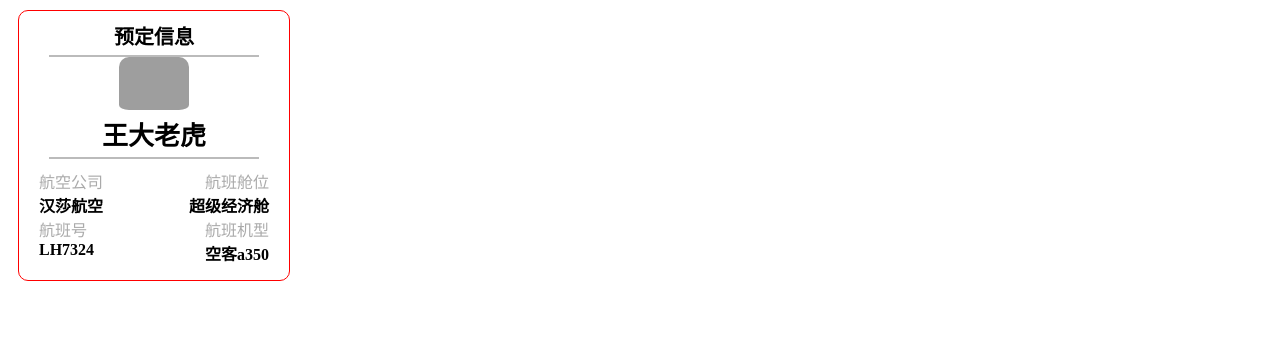
Repository: xzm1997/react-learning
Page: /
An editor plug-in stored every save of this project. The page is shown before and after the next save, followed by the edit.
The browser window is 1280 px wide. The pictures show the whole page.
Pictures or frames that could not be fetched are drawn as grey boxes. The project was rebuilt for these pictures with package versions that can differ from the ones it lists, and the page was loaded fresh each time.

Above is the page before, as saved 2023-01-31 10:50:13.

After the next save:
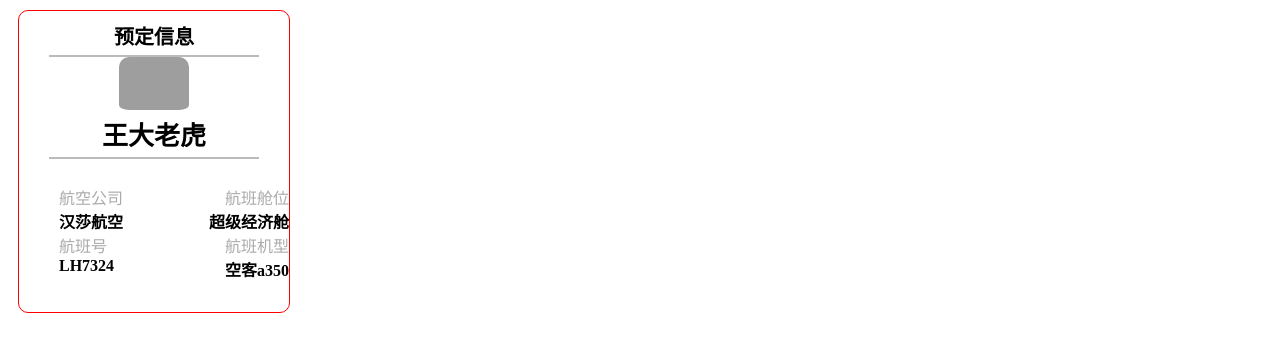
Saved 39 s later.
--- a/src/index.js
+++ b/src/index.js
@@ -29,7 +29,7 @@
     <div className='contentDisplay'>
       <div className='totalTitle'>预定信息</div>
       <UserInfo userName={props.userName} />
-      <div className='infoDisplay'>
+      <ul className='infoDisplay'>
         <div className='infoItem leftSide'>
           <InfoShow title='航空公司' content={props.ticketInfo.airline}/>
           <InfoShow title='航班号' content={props.ticketInfo.flightNum}/>
@@ -38,7 +38,7 @@
           <InfoShow title='航班舱位' content={props.ticketInfo.level}/>
           <InfoShow title='航班机型' content={props.ticketInfo.plane}/>
         </div>
-      </div>
+      </ul>
     </div>
     )
 }

After the save that followed:
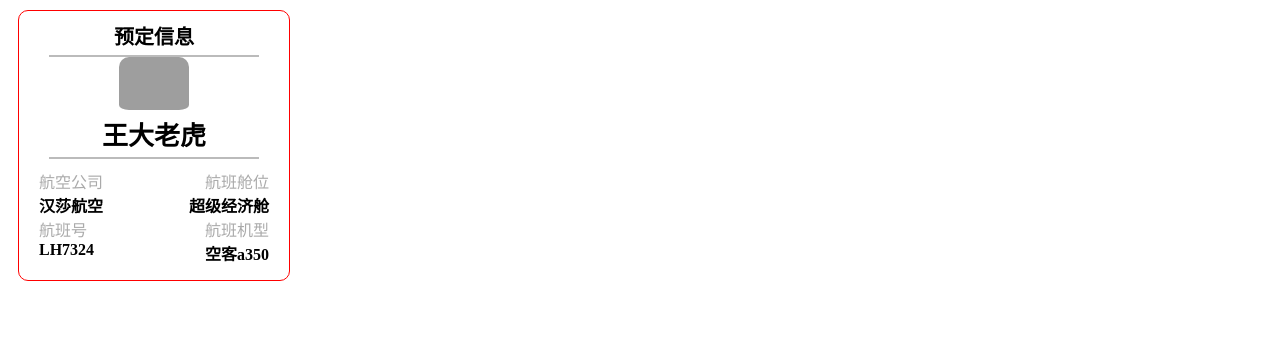
Saved 21 s later.
--- a/src/index.js
+++ b/src/index.js
@@ -29,7 +29,7 @@
     <div className='contentDisplay'>
       <div className='totalTitle'>预定信息</div>
       <UserInfo userName={props.userName} />
-      <ul className='infoDisplay'>
+      <div className='infoDisplay'>
         <div className='infoItem leftSide'>
           <InfoShow title='航空公司' content={props.ticketInfo.airline}/>
           <InfoShow title='航班号' content={props.ticketInfo.flightNum}/>
@@ -38,7 +38,7 @@
           <InfoShow title='航班舱位' content={props.ticketInfo.level}/>
           <InfoShow title='航班机型' content={props.ticketInfo.plane}/>
         </div>
-      </ul>
+      </div>
     </div>
     )
 }
